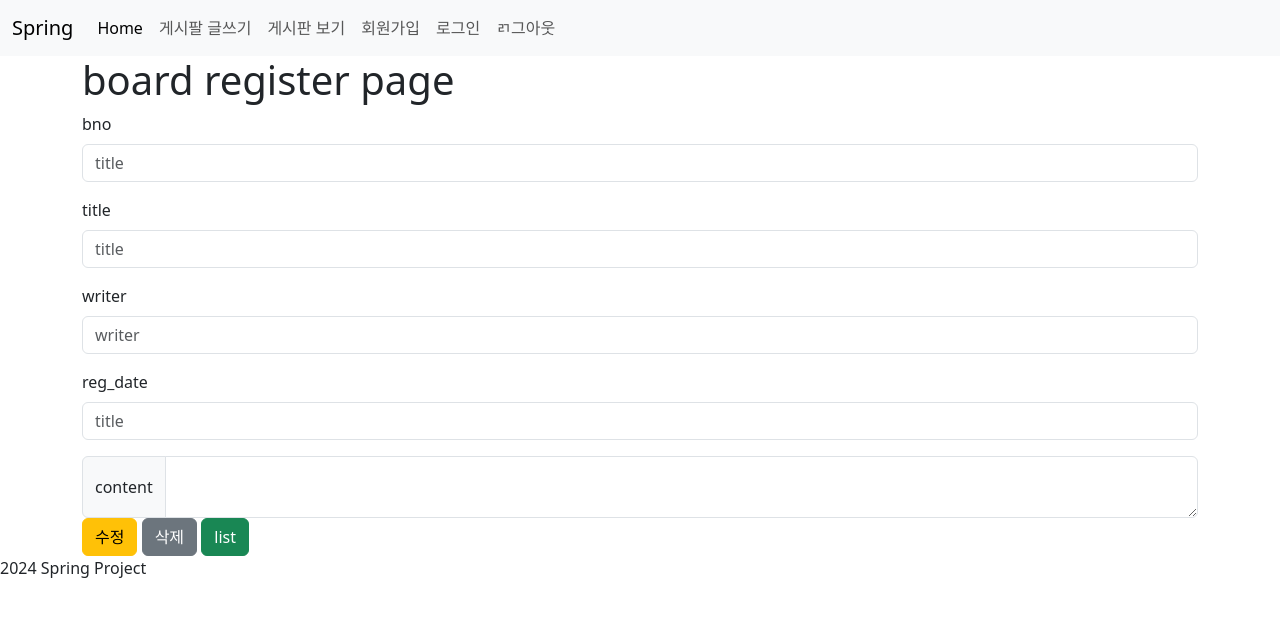
Repository: tkwkduddnd/SpringTest240430
Page: http://localhost/spring_study/WEB-INF/views/board/detail.jsp
An editor plug-in stored every save of this project. The page is shown before and after the next save, followed by the edit.
The browser window is 1280 px wide. The pictures show the whole page.
The page is served by Tomcat 9. Nobody is signed in. The template is opened directly, without the code that normally fills it, so the values that code supplies are empty.

Above is the page before, as saved 2024-04-24 06:09:06.

After the next save:
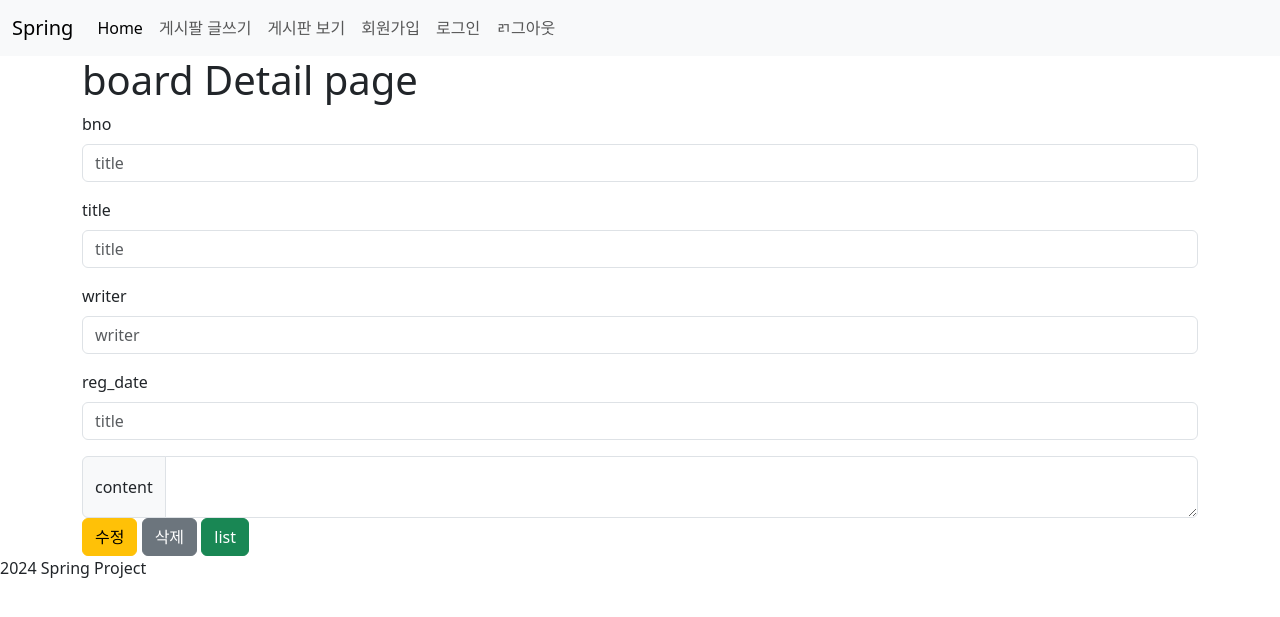
Saved 19 s later.
--- a/spring_study/src/main/webapp/WEB-INF/views/board/detail.jsp
+++ b/spring_study/src/main/webapp/WEB-INF/views/board/detail.jsp
@@ -2,7 +2,7 @@
     pageEncoding="UTF-8"%>
 <jsp:include page="../layout/header.jsp" />
 	<div class="container-md">
-<h1>board register page</h1>
+<h1>board Detail page</h1>
 			<div class="mb-3">
 			  <label for="n" class="form-label">bno</label>
 			  <input type="text" class="form-control" name="bno" id="n" value="${bvo.bno }" readonly="readonly" placeholder="title">
